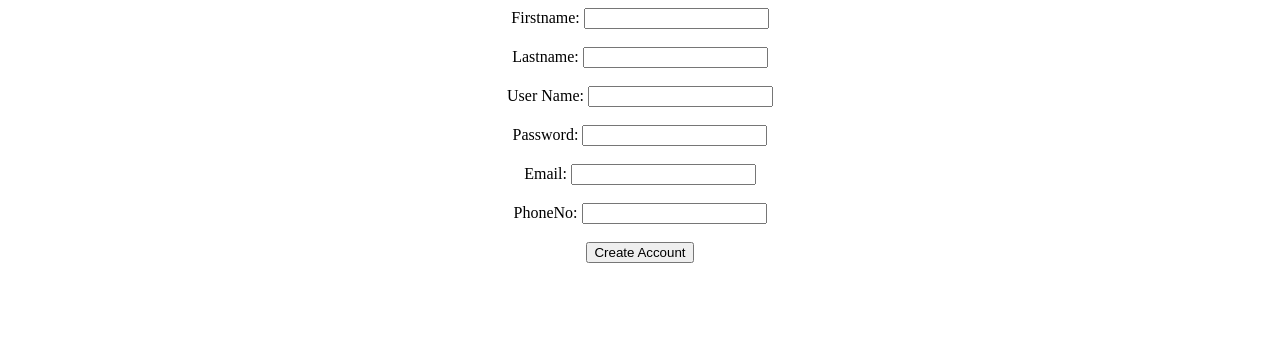
Repository: PramitaDash/project
Page: Servlet/OtpProject/Otp/src/main/webapp/AddCustomer.html
The author's editor kept a copy of each file at every save. The page is drawn from the files as they stood at one save, then again after the next save.
The browser window is 1280 px wide. The pictures show the whole page.

Above is the page before, as saved 2023-09-24 19:05:28.

### Servlet/OtpProject/Otp/src/main/webapp/AddCustomer.html
<!DOCTYPE html>
<html>
<head>
<meta charset="ISO-8859-1">
<title>Insert title here</title>
</head>
<body>
	<form method="post" action="AddCustomerServlet">
		<center>
			Firstname:
			<input type="text" name="fisrtname"/><br/><br/>
			Lastname:
			<input type="text" name="lastname"/><br/><br/>
			User Name:
			<input type="text" name="userName"/><br/><br/>
			Password:
			<input type="password" name="passWord"/><br/><br/>
			Email:
			<input type="email" name="email"/><br/><br/>
			PhoneNo:
			<input type="text" name="PhoneNo"/><br/><br/>
			<input type="submit" value="Create Account"/>
		</center>
	</form>

</body>
</html>

After the next save:
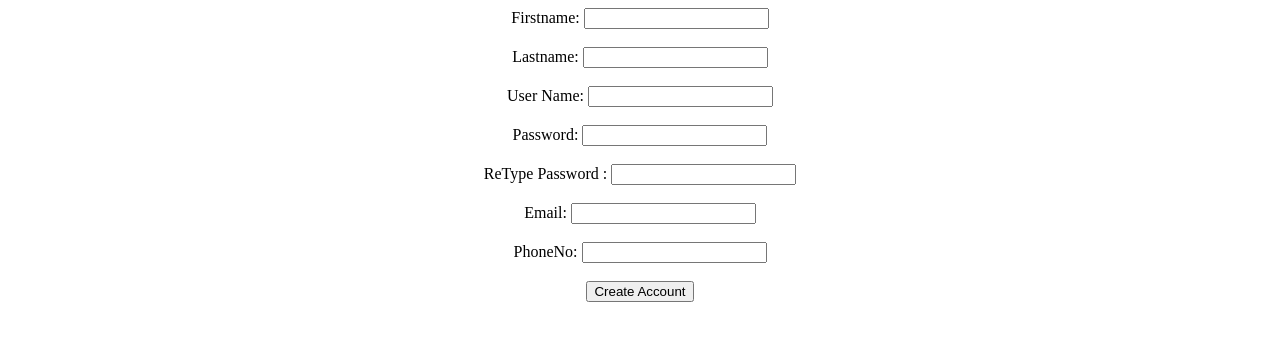
Saved 98 s later.
--- a/Servlet/OtpProject/Otp/src/main/webapp/AddCustomer.html
+++ b/Servlet/OtpProject/Otp/src/main/webapp/AddCustomer.html
@@ -15,6 +15,8 @@
 			<input type="text" name="userName"/><br/><br/>
 			Password:
 			<input type="password" name="passWord"/><br/><br/>
+			ReType Password :
+			<input type="password" name="retypePassword"/><br/><br/>
 			Email:
 			<input type="email" name="email"/><br/><br/>
 			PhoneNo:
